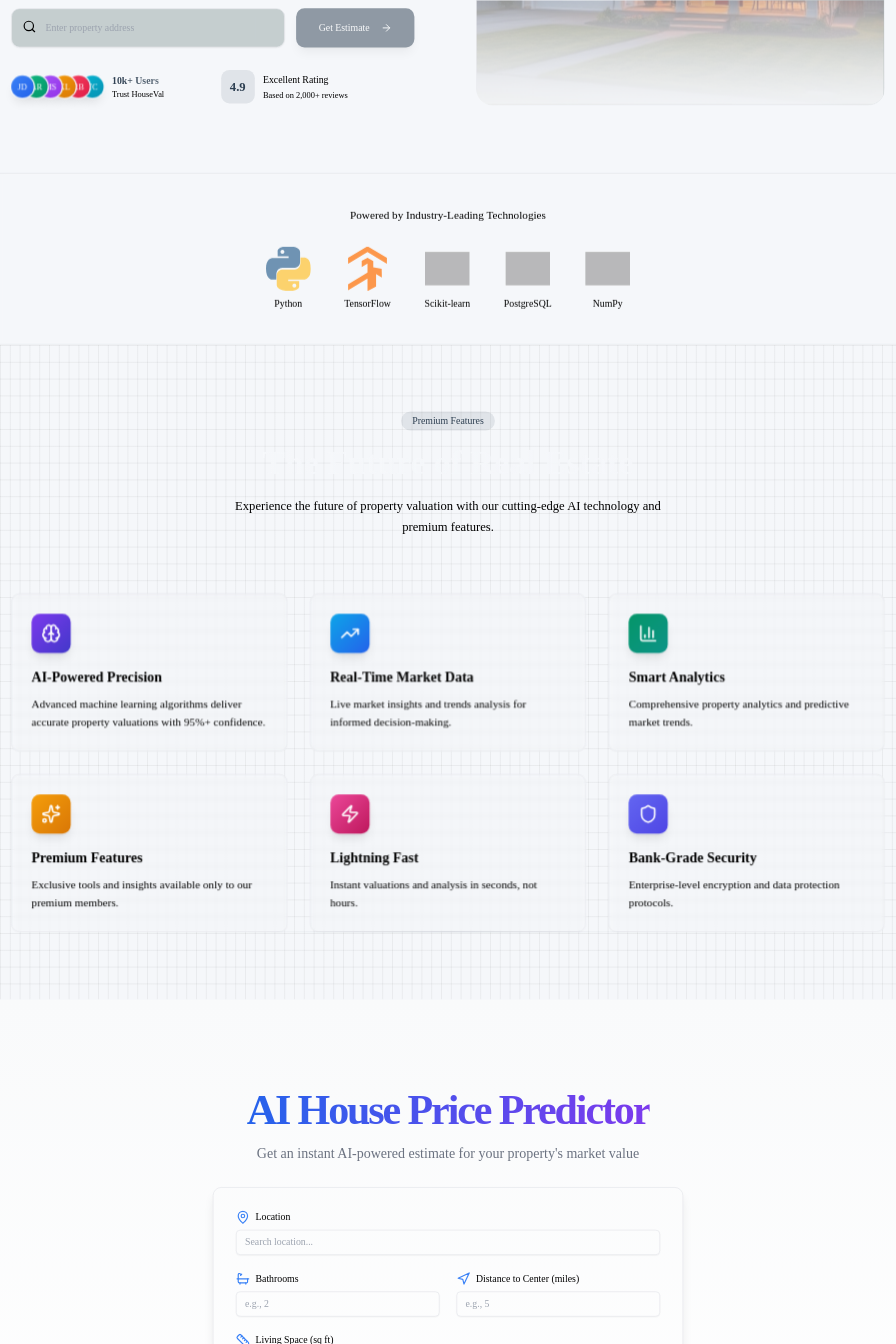
Repository: Rayyy-dev/HouseVal
Page: /
The author's editor kept a copy of each file at every save. The page is drawn from the files as they stood at one save, then again after the next save.
The browser window is 1280 px wide. The pictures show the part of the page from y = 557 to 2477 px (the page is 3679 px tall), at 70% of full size.
Pictures or frames that could not be fetched are drawn as grey boxes. The project was rebuilt for these pictures with package versions that can differ from the ones it lists, and the page was loaded fresh each time. The framework's server and built-in components were replaced by stand-ins that run in the browser. Also part of the build but not shown: next.config.ts.

Above is the page before, as saved 2025-01-16 19:06:55.

### src/app/layout.tsx
import type { Metadata } from "next";
import localFont from "next/font/local";
import "./globals.css";

const geistSans = localFont({
  src: "./fonts/GeistVF.woff",
  variable: "--font-geist-sans",
  weight: "100 900",
});
const geistMono = localFont({
  src: "./fonts/GeistMonoVF.woff",
  variable: "--font-geist-mono",
  weight: "100 900",
});

export const metadata: Metadata = {
  title: "HouseVal - AI-Powered House Price Predictions",
  description: "Get accurate property valuations using advanced machine learning",
};

export default function RootLayout({
  children,
}: Readonly<{
  children: React.ReactNode;
}>) {
  return (
    <html lang="en">
      <body
        className={`${geistSans.variable} ${geistMono.variable} antialiased`}
      >
        {children}
      </body>
    </html>
  );
}

### src/app/page.tsx
import { Header } from "@/components/landing-page/sections/header";
import { Hero } from "@/components/landing-page/sections/hero";
import { Integrations } from "@/components/landing-page/sections/integrations";
import { Benefits } from "@/components/landing-page/sections/benefits";
import { HousingPredictor } from "@/components/landing-page/housing";
import { Solution } from "@/components/landing-page/sections/solution";
import { Footer } from "@/components/landing-page/sections/footer";

export default function Home() {
  return (
    <div className="min-h-screen bg-background">
      <Header />
      <Hero />
      <Integrations />
      <Benefits />
      <HousingPredictor />
      <Solution />
      <Footer />
    </div>
  );
}

### src/components/landing-page/sections/header.tsx
"use client";

import { Button } from "@/components/ui/button";
import { Building2 } from "lucide-react";

export function Header() {
  return (
    <nav className="fixed top-0 left-0 right-0 bg-background/80 backdrop-blur-md border-b border-border/40 z-50">
      <div className="container mx-auto px-4 py-4">
        <div className="flex justify-between items-center">
          <div className="flex items-center gap-2 group">
            <div className="relative">
              <Building2 className="h-8 w-8 text-primary relative z-10" />
              <div className="absolute inset-0 bg-primary/20 rounded-full blur-lg group-hover:blur-xl transition-all duration-300" />
            </div>
            <div className="text-2xl font-bold relative">
              <span className="bg-gradient-to-r from-primary to-primary/80 bg-clip-text text-transparent">
                HouseVal
              </span>
              <div className="absolute -inset-x-2 -inset-y-1 bg-primary/10 rounded-lg blur opacity-0 group-hover:opacity-100 transition-all duration-300" />
            </div>
          </div>
          <div className="flex items-center gap-6">
            <Button
              variant="ghost"
              className="hover:bg-primary/10 hover:text-primary transition-all duration-300"
            >
              Login
            </Button>
            <Button className="bg-primary hover:bg-primary/90 transition-all duration-300 shadow-lg hover:shadow-primary/25">
              <span className="relative z-10">Get Started</span>
            </Button>
          </div>
        </div>
      </div>
    </nav>
  );
}

### src/components/landing-page/sections/integrations.tsx
import Image from "next/image";

export function Integrations() {
  const technologies = [
    {
      name: "Python",
      icon: "/tech-logos/python.svg",
    },
    {
      name: "TensorFlow",
      icon: "/tech-logos/tensorflow.svg",
    },
    {
      name: "Scikit-learn",
      icon: "https://scikit-learn.org/stable/_static/scikit-learn-logo-small.png",
    },
    {
      name: "PostgreSQL",
      icon: "https://www.postgresql.org/media/img/about/press/elephant.png",
    },
    {
      name: "NumPy",
      icon: "https://numpy.org/images/logo.svg",
    },
  ];

  return (
    <section className="py-12 border-y border-border/40 bg-background/50 backdrop-blur-sm">
      <div className="container mx-auto px-4">
        <p className="text-center text-muted-foreground mb-8">
          Powered by Industry-Leading Technologies
        </p>
        <div className="flex justify-center items-center gap-12 flex-wrap">
          {technologies.map((tech) => (
            <div
              key={tech.name}
              className="flex flex-col items-center gap-2 group"
            >
              <div className="w-16 h-16 relative opacity-70 group-hover:opacity-100 transition-opacity duration-300">
                <Image
                  src={tech.icon}
                  alt={`${tech.name} logo`}
                  fill
                  className="object-contain"
                  unoptimized // Since we're using external URLs
                />
              </div>
              <span className="text-sm text-muted-foreground group-hover:text-foreground transition-colors">
                {tech.name}
              </span>
            </div>
          ))}
        </div>
      </div>
    </section>
  );
}

### src/components/landing-page/sections/benefits.tsx
"use client";

import { motion } from "framer-motion";
import { Brain, Sparkles, TrendingUp, Shield, Zap, BarChart3 } from "lucide-react";
import { cn } from "@/lib/utils";

const benefits = [
  {
    title: "AI-Powered Precision",
    description: "Advanced machine learning algorithms deliver accurate property valuations with 95%+ confidence.",
    icon: Brain,
    gradient: "from-[#7C3AED] to-[#4338CA]",
    glow: "bg-[#7C3AED]",
    delay: 0.1,
  },
  {
    title: "Real-Time Market Data",
    description: "Live market insights and trends analysis for informed decision-making.",
    icon: TrendingUp,
    gradient: "from-[#0EA5E9] to-[#2563EB]",
    glow: "bg-[#0EA5E9]",
    delay: 0.2,
  },
  {
    title: "Smart Analytics",
    description: "Comprehensive property analytics and predictive market trends.",
    icon: BarChart3,
    gradient: "from-[#059669] to-[#0D9488]",
    glow: "bg-[#059669]",
    delay: 0.3,
  },
  {
    title: "Premium Features",
    description: "Exclusive tools and insights available only to our premium members.",
    icon: Sparkles,
    gradient: "from-[#F59E0B] to-[#D97706]",
    glow: "bg-[#F59E0B]",
    delay: 0.4,
  },
  {
    title: "Lightning Fast",
    description: "Instant valuations and analysis in seconds, not hours.",
    icon: Zap,
    gradient: "from-[#EC4899] to-[#BE185D]",
    glow: "bg-[#EC4899]",
    delay: 0.5,
  },
  {
    title: "Bank-Grade Security",
    description: "Enterprise-level encryption and data protection protocols.",
    icon: Shield,
    gradient: "from-[#6366F1] to-[#4F46E5]",
    glow: "bg-[#6366F1]",
    delay: 0.6,
  },
];

export function Benefits() {
  return (
    <section className="relative py-24 overflow-hidden bg-gradient-to-b from-background to-background/80">
      {/* Sophisticated Background */}
      <div className="absolute inset-0">
        <div className="absolute inset-0 bg-[linear-gradient(to_right,#4f4f4f12_1px,transparent_1px),linear-gradient(to_bottom,#4f4f4f12_1px,transparent_1px)] bg-[size:14px_24px]" />
        <motion.div
          initial={{ opacity: 0 }}
          animate={{ opacity: 1 }}
          transition={{ duration: 1.5 }}
          className="absolute inset-0"
        >
          <div className="absolute left-0 right-0 top-0 -z-10 m-auto h-[310px] w-[310px] rounded-full bg-primary/5 blur-[120px] animate-pulse-slow" />
          <div className="absolute left-1/3 right-0 top-1/2 -z-10 h-[250px] w-[250px] rounded-full bg-primary/8 blur-[120px] animate-pulse-slow delay-300" />
        </motion.div>
      </div>

      <div className="container relative z-10 mx-auto px-4">
        {/* Enhanced Section Header */}
        <motion.div
          initial={{ opacity: 0, y: 20 }}
          whileInView={{ opacity: 1, y: 0 }}
          viewport={{ once: true }}
          transition={{ duration: 0.7, ease: "easeOut" }}
          className="text-center mb-20"
        >
          <motion.div
            initial={{ scale: 0.95, opacity: 0 }}
            whileInView={{ scale: 1, opacity: 1 }}
            transition={{ duration: 0.5, delay: 0.2 }}
            className="inline-block mb-6"
          >
            <span className="px-4 py-1.5 rounded-full bg-primary/10 text-primary text-sm font-medium">
              Premium Features
            </span>
          </motion.div>
          <h2 className="text-4xl md:text-5xl font-bold mb-6 bg-gradient-to-r from-foreground via-foreground/90 to-foreground/80 bg-clip-text text-transparent">
            The Future of Real Estate
          </h2>
          <p className="text-lg text-muted-foreground max-w-2xl mx-auto leading-relaxed">
            Experience the future of property valuation with our cutting-edge AI technology and premium features.
          </p>
        </motion.div>

        {/* Enhanced Benefits Grid */}
        <div className="grid grid-cols-1 md:grid-cols-2 lg:grid-cols-3 gap-8">
          {benefits.map((benefit, index) => (
            <motion.div
              key={benefit.title}
              initial={{ opacity: 0, y: 20 }}
              whileInView={{ opacity: 1, y: 0 }}
              viewport={{ once: true }}
              transition={{ duration: 0.7, delay: benefit.delay }}
            >
              <motion.div
                className="relative group"
                whileHover={{ translateY: -5 }}
                transition={{ duration: 0.3 }}
              >
                <div className={cn(
                  "absolute -inset-0.5 rounded-2xl blur-xl opacity-0 group-hover:opacity-20 transition duration-500",
                  benefit.glow
                )} />
                <div className="relative h-full bg-card border border-border/50 rounded-xl p-7 backdrop-blur-sm hover:border-border transition-all duration-300">
                  {/* Enhanced Icon */}
                  <motion.div
                    whileHover={{ rotate: [0, -10, 10, -5, 5, 0] }}
                    transition={{ duration: 0.5 }}
                    className={cn(
                      "w-14 h-14 rounded-xl flex items-center justify-center mb-5",
                      "bg-gradient-to-br shadow-lg",
                      benefit.gradient
                    )}
                  >
                    <benefit.icon className="w-7 h-7 text-white" />
                  </motion.div>

                  {/* Enhanced Content */}
                  <h3 className="text-xl font-semibold mb-3 text-foreground group-hover:text-primary/90 transition-colors">
                    {benefit.title}
                  </h3>
                  <p className="text-muted-foreground group-hover:text-foreground/80 transition-colors leading-relaxed">
                    {benefit.description}
                  </p>

                  {/* Enhanced Hover Effect */}
                  <div className="absolute inset-0 rounded-xl transition-all duration-300 group-hover:bg-gradient-to-br from-foreground/[0.02] to-transparent pointer-events-none" />
                </div>
              </motion.div>
            </motion.div>
          ))}
        </div>

        {/* Enhanced Bottom Decorative Element */}
        <motion.div
          initial={{ opacity: 0, width: "0%" }}
          whileInView={{ opacity: 1, width: "50%" }}
          viewport={{ once: true }}
          transition={{ duration: 1, delay: 0.5 }}
          className="absolute bottom-0 left-1/2 -translate-x-1/2 h-px bg-gradient-to-r from-transparent via-primary/30 to-transparent"
        />
      </div>
    </section>
  );
}

### src/components/landing-page/sections/footer.tsx
import { Button } from "@/components/ui/button";

export function Footer() {
  return (
    <footer className="bg-muted/30 border-t border-border">
      <div className="container mx-auto px-4 py-12">
        <div className="grid grid-cols-1 md:grid-cols-4 gap-8">
          <div className="space-y-4">
            <h4 className="text-lg font-bold">HouseVal</h4>
            <p className="text-sm text-muted-foreground">
              AI-powered house price predictions for the modern real estate market.
            </p>
          </div>

          <div>
            <h4 className="font-bold mb-4">Product</h4>
            <ul className="space-y-2 text-sm text-muted-foreground">
              <li>Features</li>
              <li>Pricing</li>
              <li>API</li>
              <li>Documentation</li>
            </ul>
          </div>

          <div>
            <h4 className="font-bold mb-4">Company</h4>
            <ul className="space-y-2 text-sm text-muted-foreground">
              <li>About</li>
              <li>Blog</li>
              <li>Careers</li>
              <li>Contact</li>
            </ul>
          </div>

          <div>
            <h4 className="font-bold mb-4">Legal</h4>
            <ul className="space-y-2 text-sm text-muted-foreground">
              <li>Privacy</li>
              <li>Terms</li>
              <li>Cookie Policy</li>
            </ul>
          </div>
        </div>

        <div className="border-t border-border/40 mt-8 pt-8 text-center text-sm text-muted-foreground">
          © 2024 HouseVal. All rights reserved.
        </div>
      </div>
    </footer>
  );
}

### src/components/ui/input.tsx
import * as React from "react"

import { cn } from "@/lib/utils"

const Input = React.forwardRef<HTMLInputElement, React.ComponentProps<"input">>(
  ({ className, type, ...props }, ref) => {
    return (
      <input
        type={type}
        className={cn(
          "flex h-9 w-full rounded-md border border-input bg-transparent px-3 py-1 text-base shadow-sm transition-colors file:border-0 file:bg-transparent file:text-sm file:font-medium file:text-foreground placeholder:text-muted-foreground focus-visible:outline-none focus-visible:ring-1 focus-visible:ring-ring disabled:cursor-not-allowed disabled:opacity-50 md:text-sm",
          className
        )}
        ref={ref}
        {...props}
      />
    )
  }
)
Input.displayName = "Input"

export { Input }

### src/components/ui/avatar-stack.tsx
"use client";

const generateInitialsAvatar = (index: number) => {
  const colors = [
    'from-blue-500 to-blue-600',
    'from-emerald-500 to-emerald-600',
    'from-purple-500 to-purple-600',
    'from-amber-500 to-amber-600',
    'from-rose-500 to-rose-600',
    'from-cyan-500 to-cyan-600'
  ];
  const initials = ['JD', 'AR', 'MS', 'KL', 'RB', 'TC'];

  return (
    <div
      className={`w-8 h-8 rounded-full bg-gradient-to-br ${colors[index]} flex items-center justify-center text-xs font-medium text-white shadow-lg ring-2 ring-background backdrop-blur-sm`}
    >
      {initials[index]}
    </div>
  );
};

export function AvatarStack() {
  return (
    <div className="flex items-center gap-3">
      <div className="flex -space-x-3">
        {Array.from({ length: 6 }).map((_, i) => (
          <div
            key={i}
            className="relative transition-all duration-300 ease-out hover:scale-110 hover:z-10 hover:-translate-y-1"
            style={{ zIndex: 6 - i }}
          >
            {generateInitialsAvatar(i)}
          </div>
        ))}
      </div>
      <div className="flex flex-col">
        <span className="text-sm font-semibold bg-gradient-to-r from-primary to-primary/70 bg-clip-text text-transparent">
          10k+ Users
        </span>
        <span className="text-xs text-muted-foreground">
          Trust HouseVal
        </span>
      </div>
    </div>
  );
}

### src/components/ui/card.tsx
import * as React from "react"

import { cn } from "@/lib/utils"

const Card = React.forwardRef<
  HTMLDivElement,
  React.HTMLAttributes<HTMLDivElement>
>(({ className, ...props }, ref) => (
  <div
    ref={ref}
    className={cn(
      "rounded-xl border bg-card text-card-foreground shadow",
      className
    )}
    {...props}
  />
))
Card.displayName = "Card"

const CardHeader = React.forwardRef<
  HTMLDivElement,
  React.HTMLAttributes<HTMLDivElement>
>(({ className, ...props }, ref) => (
  <div
    ref={ref}
    className={cn("flex flex-col space-y-1.5 p-6", className)}
    {...props}
  />
))
CardHeader.displayName = "CardHeader"

const CardTitle = React.forwardRef<
  HTMLDivElement,
  React.HTMLAttributes<HTMLDivElement>
>(({ className, ...props }, ref) => (
  <div
    ref={ref}
    className={cn("font-semibold leading-none tracking-tight", className)}
    {...props}
  />
))
CardTitle.displayName = "CardTitle"

const CardDescription = React.forwardRef<
  HTMLDivElement,
  React.HTMLAttributes<HTMLDivElement>
>(({ className, ...props }, ref) => (
  <div
    ref={ref}
    className={cn("text-sm text-muted-foreground", className)}
    {...props}
  />
))
CardDescription.displayName = "CardDescription"

const CardContent = React.forwardRef<
  HTMLDivElement,
  React.HTMLAttributes<HTMLDivElement>
>(({ className, ...props }, ref) => (
  <div ref={ref} className={cn("p-6 pt-0", className)} {...props} />
))
CardContent.displayName = "CardContent"

const CardFooter = React.forwardRef<
  HTMLDivElement,
  React.HTMLAttributes<HTMLDivElement>
>(({ className, ...props }, ref) => (
  <div
    ref={ref}
    className={cn("flex items-center p-6 pt-0", className)}
    {...props}
  />
))
CardFooter.displayName = "CardFooter"

export { Card, CardHeader, CardFooter, CardTitle, CardDescription, CardContent }

### src/components/landing-page/housing/data/locations.ts
export const locations = [
  // New York
  { value: 'new-york-ny', label: 'New York, NY', factor: 2.0 },
  { value: 'brooklyn-ny', label: 'Brooklyn, NY', factor: 1.8 },
  { value: 'queens-ny', label: 'Queens, NY', factor: 1.6 },

  // California
  { value: 'los-angeles-ca', label: 'Los Angeles, CA', factor: 1.9 },
  { value: 'san-francisco-ca', label: 'San Francisco, CA', factor: 2.1 },
  { value: 'san-diego-ca', label: 'San Diego, CA', factor: 1.7 },

  // Texas
  { value: 'austin-tx', label: 'Austin, TX', factor: 1.5 },
  { value: 'houston-tx', label: 'Houston, TX', factor: 1.3 },
  { value: 'dallas-tx', label: 'Dallas, TX', factor: 1.4 },

  // Florida
  { value: 'miami-fl', label: 'Miami, FL', factor: 1.6 },
  { value: 'orlando-fl', label: 'Orlando, FL', factor: 1.3 },

  // Washington
  { value: 'seattle-wa', label: 'Seattle, WA', factor: 1.8 },

  // Illinois
  { value: 'chicago-il', label: 'Chicago, IL', factor: 1.5 },

  // Massachusetts
  { value: 'boston-ma', label: 'Boston, MA', factor: 1.9 },
] as const;

### src/components/landing-page/housing/lib/report-generator.ts
import { Report, PredictionResult } from '../types';
import { v4 as uuidv4 } from 'uuid';

// Mock data for comparable properties based on location
const mockComparables: Record<string, Array<{ price: number; address: string }>> = {
  'New York, NY': [
    { price: 2100000, address: '123 Park Avenue' },
    { price: 1950000, address: '456 Madison Ave' },
    { price: 2300000, address: '789 5th Avenue' },
  ],
  'San Francisco, CA': [
    { price: 1800000, address: '123 Market Street' },
    { price: 2100000, address: '456 Mission St' },
    { price: 1950000, address: '789 Hayes Valley' },
  ],
  // Add more cities as needed
};

// Mock market trends data based on location
const mockMarketTrends: Record<string, { yearlyGrowth: number; averagePrice: number; inventory: number }> = {
  'New York, NY': {
    yearlyGrowth: 5.2,
    averagePrice: 2000000,
    inventory: 1250,
  },
  'San Francisco, CA': {
    yearlyGrowth: 6.8,
    averagePrice: 1850000,
    inventory: 980,
  },
  // Add more cities as needed
};

export const generateReport = async (data: {
  price: number;
  location: string;
  details: {
    bathrooms: number;
    livingSpace: number;
    distanceToCenter: number;
    marketFactor: number;
  };
}): Promise<Report> => {
  // Simulate API delay
  await new Promise(resolve => setTimeout(resolve, 1000));

  const cityComparables = mockComparables[data.location] || mockComparables['New York, NY'];
  const marketTrends = mockMarketTrends[data.location] || mockMarketTrends['New York, NY'];

  const comparables = cityComparables.map(comp => ({
    ...comp,
    difference: ((comp.price - data.price) / data.price) * 100,
  }));

  return {
    id: uuidv4(),
    date: new Date().toISOString(),
    prediction: {
      price: data.price,
      location: data.location,
      details: data.details,
      comparables,
    },
    marketTrends,
  };
};

### tailwind.config.ts
import { fontFamily } from "tailwindcss/defaultTheme"
import type { Config } from "tailwindcss"

const config = {
  darkMode: ["class"],
  content: [
    './pages/**/*.{ts,tsx}',
    './components/**/*.{ts,tsx}',
    './app/**/*.{ts,tsx}',
    './src/**/*.{ts,tsx}',
	],
  theme: {
    container: {
      center: true,
      padding: "2rem",
      screens: {
        "2xl": "1400px",
      },
    },
    extend: {
      colors: {
        primary: {
          DEFAULT: "#2C3E50",
          foreground: "#FFFFFF",
        },
        secondary: {
          DEFAULT: "#E67E22",
          foreground: "#FFFFFF",
        },
        accent: {
          DEFAULT: "#16A085",
          foreground: "#FFFFFF",
        },
        background: "#F5F7FA",
        muted: "#95A5A6",
      },
      fontFamily: {
        sans: ["var(--font-sans)", ...fontFamily.sans],
      },
      keyframes: {
        "accordion-down": {
          from: { height: "0" },
          to: { height: "var(--radix-accordion-content-height)" },
        },
        "accordion-up": {
          from: { height: "var(--radix-accordion-content-height)" },
          to: { height: "0" },
        },
      },
      animation: {
        "accordion-down": "accordion-down 0.2s ease-out",
        "accordion-up": "accordion-up 0.2s ease-out",
      },
    },
  },
  plugins: [require("tailwindcss-animate")],
} satisfies Config

export default config

Loaded but not shown: src/lib/utils.ts (common file); src/components/landing-page/sections/hero.tsx (333 lines, source omitted); src/app/globals.css (956 lines, source omitted); src/components/landing-page/housing/index.tsx (281 lines, source omitted); src/components/landing-page/sections/solution.tsx (61 lines, source omitted); src/components/ui/button.tsx (57 lines, source omitted)

After the next save:
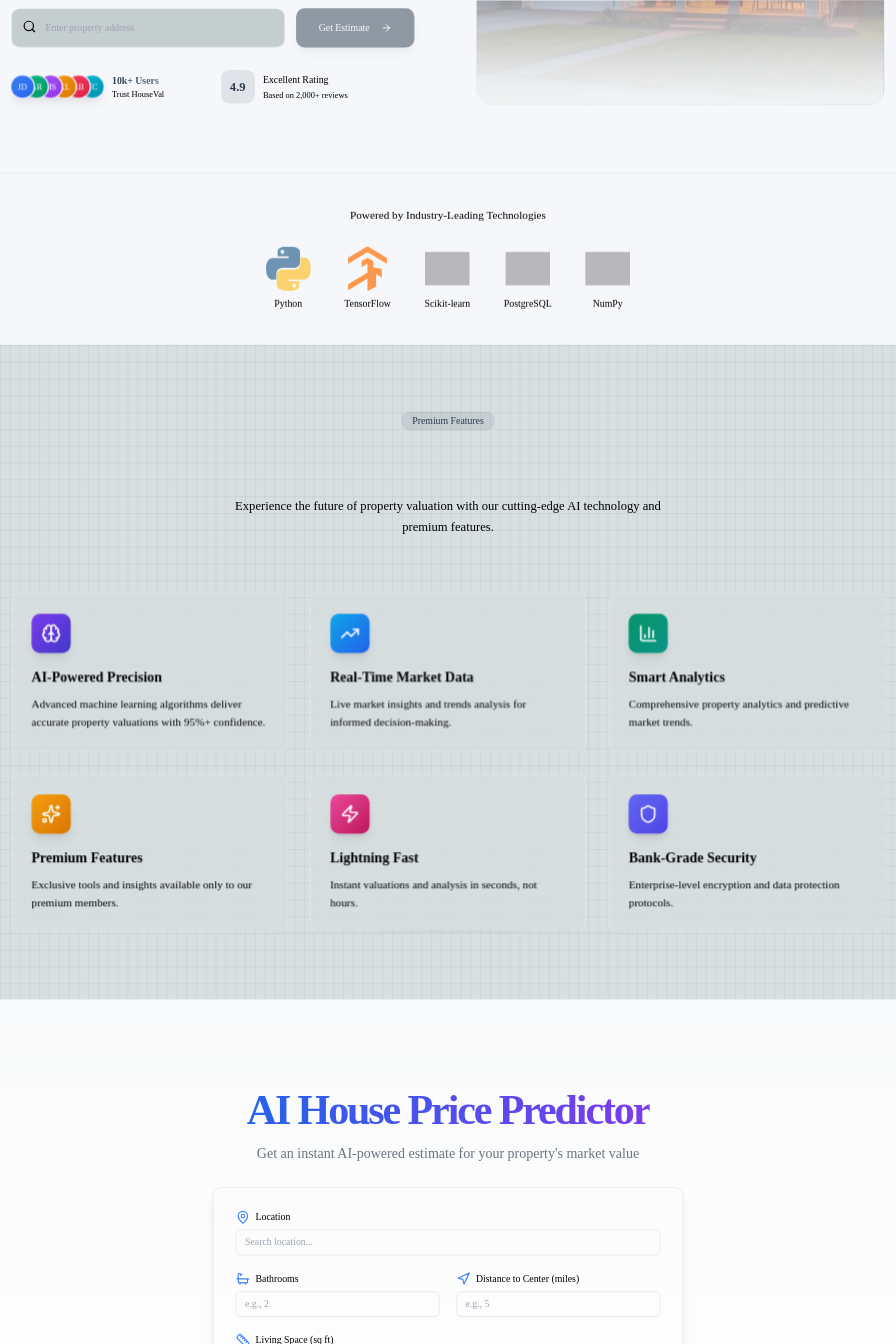
Saved 108 s later.
--- a/src/components/landing-page/sections/benefits.tsx
+++ b/src/components/landing-page/sections/benefits.tsx
@@ -57,7 +57,7 @@
 
 export function Benefits() {
   return (
-    <section className="relative py-24 overflow-hidden bg-gradient-to-b from-background to-background/80">
+    <section className="relative py-24 overflow-hidden bg-muted/30">
       {/* Sophisticated Background */}
       <div className="absolute inset-0">
         <div className="absolute inset-0 bg-[linear-gradient(to_right,#4f4f4f12_1px,transparent_1px),linear-gradient(to_bottom,#4f4f4f12_1px,transparent_1px)] bg-[size:14px_24px]" />
